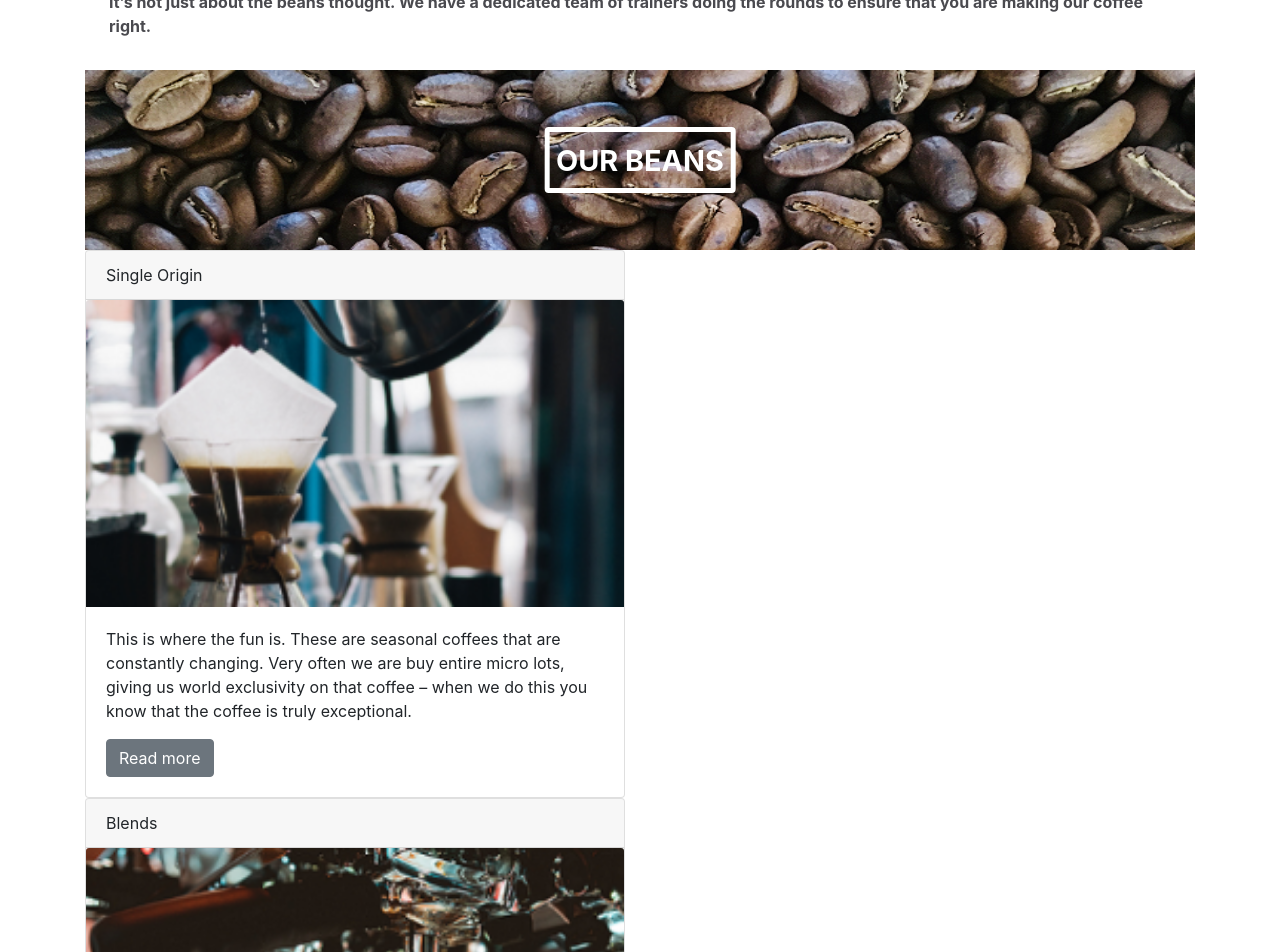
Repository: roxanahefferon/M1
Page: index.html
The author's editor kept a record of every edit. The page is drawn from the files as they stood at one moment, then again after the next edit.
The browser window is 1280 px wide. The pictures show the part of the page from y = 780 to 1732 px (the page is 2126 px tall before and 1578 px after).
Some web libraries are served in a nearby version.

Above is the page before.

After the next edit:
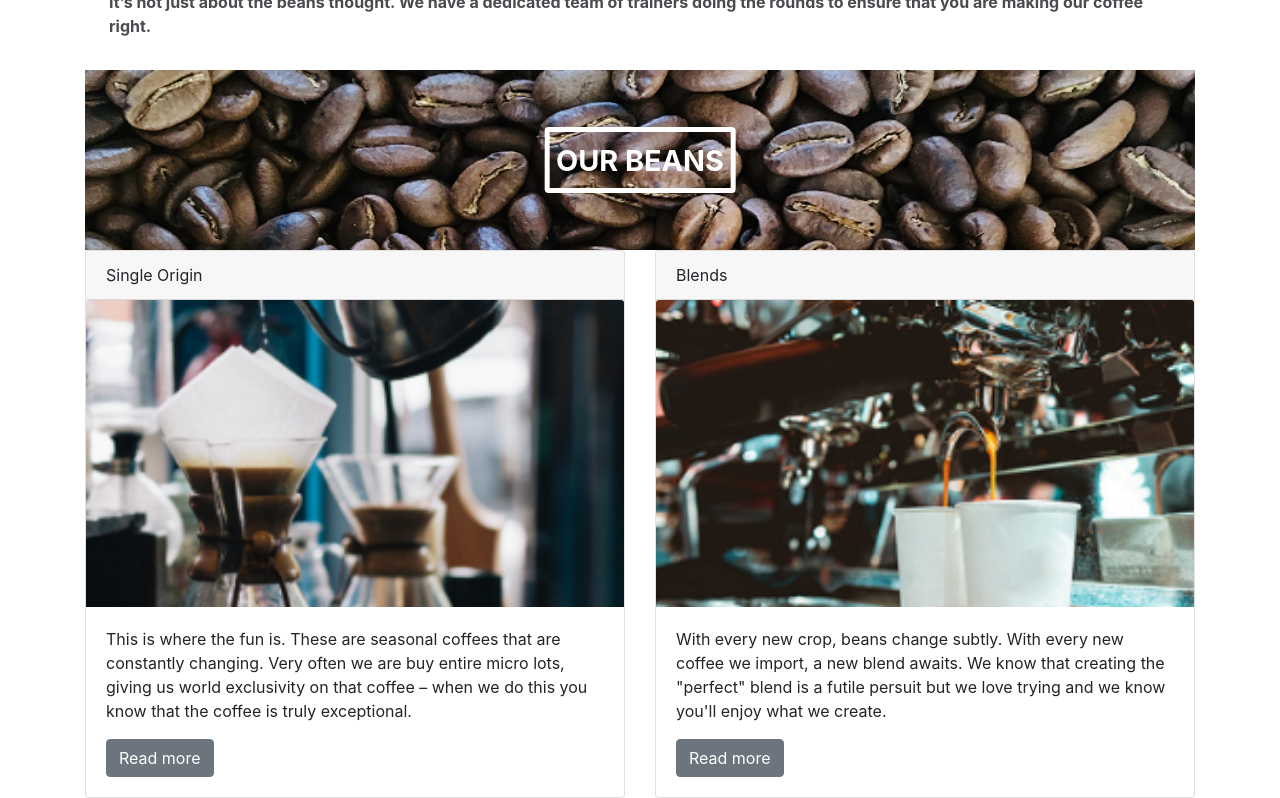
The edit:
--- a/index.html
+++ b/index.html
@@ -115,7 +115,9 @@
           </div>
         </div>
       </div>
+      </div>
 
+<div class="col-12 col-md-6">
         <div class="card2">
           <div class="card" style="width: 100%">
             <div class="card-header">
